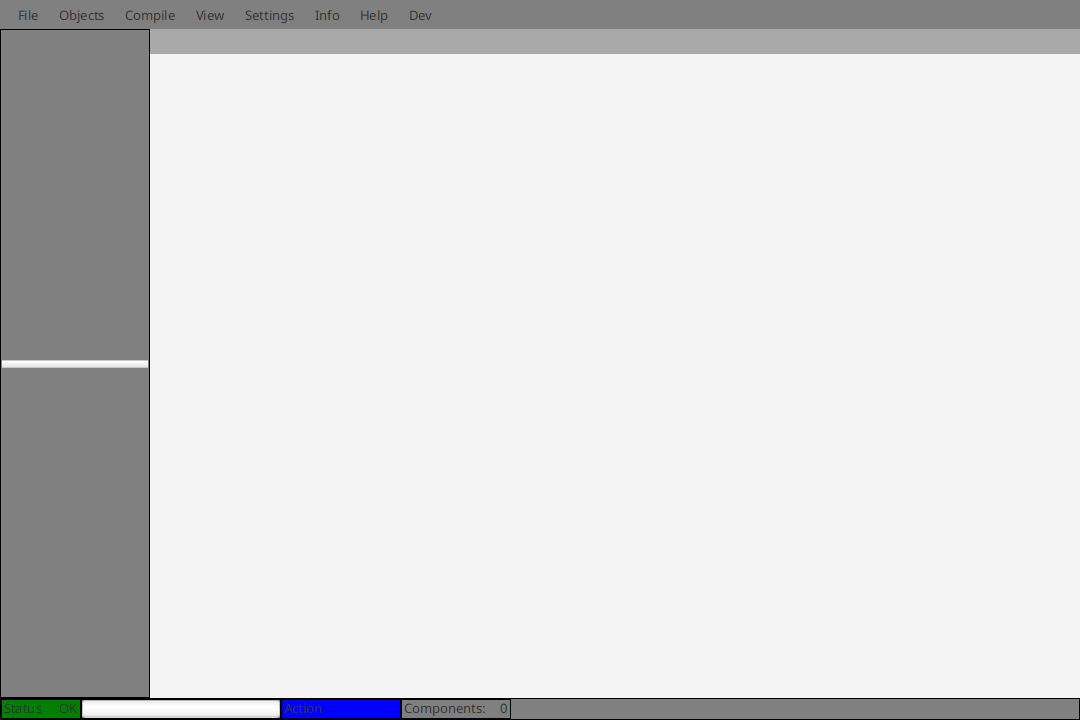
Repository: knoxaramav2/Sapa
Program's window: java nSketch/nSketch/src/system/Launcher.java
An editor plug-in stored every save of this project. The program's window is shown before and after the next save, followed by the edit.
It runs on Java 21 on a 1366 x 768 screen with JavaFX 11; the title bar is not drawn.

Above is the program's window before, as saved 2016-02-29 03:40:34.

### nSketch/nSketch/src/system/Launcher.java
package system;

import gui.Controller;
import gui.SubController;
import javafx.application.Application;
import javafx.event.ActionEvent;
import javafx.event.EventHandler;
import javafx.fxml.FXMLLoader;
import javafx.scene.Parent;
import javafx.scene.Scene;
import javafx.scene.control.Button;
import javafx.scene.layout.StackPane;
import javafx.stage.Stage;

public class Launcher extends Application{

	int defaultWidth = 1080;
	int defaultHeight = 720;

	public static void main(String[] args) {
		launch(args);
	}

	@Override
	public void start(Stage primaryStage) throws Exception {

		Controller CT = new Controller(new Settings(primaryStage), primaryStage);//primary controller
		FXMLLoader loader = new FXMLLoader(getClass().getResource("../gui/Layout.fxml"));//load primary FXML

		loader.setController(CT);

		loader.load();


		Scene scene = new Scene(loader.getRoot(),defaultWidth,defaultHeight);

		primaryStage.setScene(scene);
		primaryStage.show();
	}

}

### nSketch/nSketch/src/gui/Controller.java
package gui;

import java.awt.Desktop;
import java.io.File;
import java.io.FileInputStream;
import java.io.IOException;

import javafx.event.ActionEvent;
import javafx.fxml.FXML;
import javafx.fxml.FXMLLoader;
import javafx.scene.Parent;
import javafx.scene.Scene;
import javafx.scene.control.Button;
import javafx.scene.control.Label;
import javafx.scene.text.Text;
import javafx.stage.FileChooser;
import javafx.stage.FileChooser.ExtensionFilter;
import javafx.stage.Modality;
import javafx.stage.Stage;
import javafx.stage.StageStyle;
import system.Settings;

public class Controller {

	//Held References
	SubController sCT = null;

	Settings settings = null;
	Stage stage = null;

	@FXML Label statusLabel;
	@FXML Label actionLabel;

	public Controller(Settings st, Stage pStage)
	{
		System.out.println("Controller created");
		settings=st;

		//Load controls
		sCT = new SubController(st, pStage);
		stage=pStage;
	}


	@FXML private Text actionTarget;

	@FXML protected void actAbout(ActionEvent event)
	{
		System.out.println("About Pressed");

		try {
			FXMLLoader fxmlLoader = new FXMLLoader(getClass().getResource("About.fxml"));
			Parent root = (Parent) fxmlLoader.load();
			Stage stage = new Stage();
			stage.initModality(Modality.APPLICATION_MODAL);
			stage.setTitle("About");
			stage.setScene(new Scene(root));
			stage.show();

		} catch (IOException e) {
			// TODO Auto-generated catch block
			e.printStackTrace();
		}
	}

	@FXML protected void actExit(ActionEvent event)
	{
		System.exit(0);
	}

	@FXML protected void actProjectSettings(ActionEvent event)
	{
		System.out.println("Configure Project");

		if (!settings.isProjectActive())
			return;

		try {
			FXMLLoader prjLoader = new FXMLLoader(getClass().getResource("../gui/ProjectSettings.fxml"));//load project settings XML
			prjLoader.setController(sCT);
			Parent root = (Parent) prjLoader.load();
			sCT.LoadForm();
			Stage stage = new Stage();
			stage.initModality(Modality.APPLICATION_MODAL);
			stage.setTitle("Project Settings");
			stage.setScene(new Scene(root));
			stage.show();
		} catch (IOException e) {
			System.out.println("Failed to open configure dialog");
			e.printStackTrace();
		}
	}

	@FXML protected void actDev(ActionEvent event)
	{

		setStatus("Dev");

		try {
			FXMLLoader fxmlLoader = new FXMLLoader(getClass().getResource("Popup.fxml"));
			Parent root = (Parent) fxmlLoader.load();
			Stage stage = new Stage();
			stage.initModality(Modality.APPLICATION_MODAL);
			stage.setTitle("About");
			stage.setScene(new Scene(root));
			stage.show();

		} catch (IOException e) {
			// TODO Auto-generated catch block
			e.printStackTrace();
		}
	}

	@FXML protected void actNewProject(ActionEvent event)
	{
		System.out.println("New Project");

		//prompt for save or cancel
		if (settings.isProjectActive())
		{

		}

		try {
			FXMLLoader npWizard = new FXMLLoader(getClass().getResource("../gui/NewProject.fxml"));//new Project Wizard
			npWizard.setController(sCT);
			Parent root = (Parent) npWizard.load();
			sCT.LoadForm();
			Stage stage = new Stage();
			stage.initModality(Modality.APPLICATION_MODAL);
			stage.setTitle("Project Wizard");
			stage.setScene(new Scene(root));
			stage.show();

		} catch (IOException e) {
			// TODO Auto-generated catch block
			e.printStackTrace();
		}
	}

	@FXML protected void actLoadProject(ActionEvent event)
	{
		System.out.println("Load Project");

		FileChooser fc = new FileChooser();
		fc.setTitle("Open Project File");
		fc.setInitialDirectory(new File(settings.getProjectPath()));

		FileChooser.ExtensionFilter filter = new FileChooser.ExtensionFilter("nSketch Project (*.cns)", "*.cns");
		fc.getExtensionFilters().add(filter);

		File file = fc.showOpenDialog(stage);
		if (file!=null)
		{
			loadProjectFile(file);
		} else
			return;
	}

	@FXML protected void actSaveProject(ActionEvent event)
	{
		System.out.println("Save Project");
	}


	//Utility methods
	protected void loadProjectFile(File file)
	{

		System.out.println(file.getName());
	}

	public void setStatus(String msg)
	{
		statusLabel.setText(msg);
	}
}

### nSketch/nSketch/src/system/Settings.java
package system;

import java.util.ArrayList;

import javafx.stage.Stage;

class Version
{
	int MAJOR;
	int MINOR;
	int PATCH;

	public Version()
	{
		MAJOR=0;
		MINOR=0;
		PATCH=0;
	}

	@Override
	public
	String toString()
	{
		return new String(Integer.toString(MAJOR)+"."+Integer.toString(MINOR)+"."+Integer.toString(PATCH));
	}
}

/*
 * Stores all project information
 *
 */
public class Settings {

	//project information
	String projectName = null;
	String projectPath = null;
	Version version = null;
	Boolean activeProject = null;
	ArrayList <String> fileList = null;

	//Compiler Settings
	Boolean bitmode64;
	String interLang;

	//Biology Globals
	public Double ECSC;//extra cellular space concentration
	public Integer TDF;//time dilation factor

	//system references
	Stage primaryStage = null;

	//file tracking
	ArrayList <String> ProjectFiles = null;

	public Settings(Stage stg)
	{
		projectName = new String();
		projectPath = new String();
		version = new Version();
		activeProject=new Boolean(false);
		fileList = new ArrayList <String>();

		bitmode64 = new Boolean(true);
		interLang = new String("C");

		ECSC = new Double(0.0);
		TDF = new Integer(1);

		primaryStage = stg;

		setProjectName("untitled");
		setProjectPath("projects/");
	}

	public void setProjectName(String name)
	{
		projectName=name;

		projectPath=new String(projectPath+projectName);

		primaryStage.setTitle("nSketch    - "+name);

		System.out.println("Project name set to "+name);
	}

	public void setVersion(int M, int m, int p)
	{
		version.MAJOR=M;
		version.MINOR=m;
		version.PATCH=p;
	}

	public String getProjectName()
	{
		return projectName;
	}

	public Boolean isProjectActive()
	{
		return activeProject;
	}

	public String getProjectPath()
	{
		return projectPath;
	}

	public String getPath()
	{
		return new String(projectPath+projectName+"/");
	}

	public String getVersion()
	{
		return version.toString();
	}

	public String getInterLang()
	{
		return interLang;
	}

	public ArrayList<String> getFileList()
	{
		return fileList;
	}

	public Boolean is64bit()
	{
		return bitmode64;
	}

	public void setProjectPath(String path)
	{
		System.out.println("Settings path to "+path);
		projectPath=path;
	}

	public void setProjectActive(Boolean state)
	{
		activeProject=state;
	}

}

### nSketch/nSketch/src/gui/SubController.java
package gui;

import java.io.File;
import java.io.IOException;

import appFields.VersionField;
import fileIo.ProjectWriter;
import javafx.event.ActionEvent;
import javafx.fxml.FXML;
import javafx.scene.control.Button;
import javafx.scene.control.RadioButton;
import javafx.scene.control.TextField;
import javafx.scene.text.Text;
import javafx.stage.DirectoryChooser;
import javafx.stage.Stage;
import system.FileUtility;
import system.Settings;

public class SubController {

	//User mutable data
	Settings settings = null;
	Stage stage;

	@FXML private TextField prjSetName;
	@FXML private TextField prjPath;
	@FXML private VersionField prjVers;
	@FXML private Button prjSetCancel;
	@FXML private Button prjSetConfirm;
	@FXML private Button prjFileIO;
	@FXML private RadioButton rb1, rb2;

	public SubController(Settings st, Stage stg)
	{
		System.out.println("SubController created");

		settings=st;
		stage=stg;

		prjSetName = new TextField();
		prjPath = new TextField();
	}

	public void LoadForm()
	{
		prjSetName.setText(settings.getProjectName());
		prjPath.setText(settings.getProjectPath());
		rb1.setSelected(true);
		rb2.setSelected(false);
	}

	@FXML protected void actConfirmSettings(ActionEvent event)
	{
		System.out.println("Confirmed Settings");

		//load current information

		//copy data to settings
		settings.setProjectName(prjSetName.getText());

		System.out.println("--> "+prjSetName.getText());


		ProjectWriter.saveProject(settings);

		((Stage) prjSetConfirm.getScene().getWindow()).close();
	}

	@FXML protected void actCancelSettings(ActionEvent event)
	{
		System.out.println("Canceled Settings");

		((Stage) prjSetCancel.getScene().getWindow()).close();

	}

	@FXML protected void actConfirmNewProject(ActionEvent event)
	{
		System.out.println("Project Wizard Confirmation");

		//Validate controls
			//Verify output is unused
		System.out.println("Checking for path or file "+settings.getProjectPath()+prjSetName.getText());
		if (FileUtility.PathExists(settings.getProjectPath()+prjSetName.getText()))
		{
			//path exists
			System.out.println("Project already exists");
		}
		//Create new project files
		settings.setProjectName(prjSetName.getText());
		settings.setProjectPath(prjPath.getText());



		if (ProjectWriter.writeProjectFile(settings))
			settings.setProjectActive(true);
		else
			System.out.println("Project unable to be created");

		((Stage) prjSetConfirm.getScene().getWindow()).close();
	}

	@FXML protected void actCancelNewProject(ActionEvent event)
	{
		System.out.println("Canceled Settings");

		((Stage) prjSetCancel.getScene().getWindow()).close();
	}

	@FXML protected void actSelectPath(ActionEvent event)
	{
		System.out.println("Select Path");

		DirectoryChooser dc = new DirectoryChooser();

		dc.setTitle("Select Project Parent Directory");
		File pth = dc.showDialog(stage);

		if (pth!=null)
		{
			try {
				settings.setProjectPath(pth.getCanonicalPath());
				this.LoadForm();
			} catch (IOException e) {
				// TODO Auto-generated catch block
				e.printStackTrace();
			}
		}
	}
}

### nSketch/nSketch/src/gui/Layout.fxml
<?xml version="1.0" encoding="UTF-8"?>

<?import java.net.*?>
<?import javafx.geometry.*?>
<?import javafx.scene.control.*?>
<?import javafx.scene.layout.*?>
<?import javafx.scene.text.*?>
<?import javafx.scene.layout.VBox?>
<?import javafx.scene.control.SplitPane?>
<?import javafx.scene.layout.Pane?>

<BorderPane xmlns:fx="http://javafx.com/fxml"
	prefHeight="720" prefWidth="1080">

	<bottom>
		<GridPane fx:id="statusPane" prefHeight="20.0" BorderPane.alignment="CENTER"
			style="-fx-background-color:gray; -fx-border-color:black;  -fx-border-width:1; -fx-border-style:solid">
			<AnchorPane style="-fx-border-color:black; -fx-background-color:green" fx:id="statusPane"
				GridPane.columnIndex="0" GridPane.rowIndex="0"
				prefWidth="80">
				<Label text="Status " AnchorPane.leftAnchor="2"/>
				<Label text="OK" fx:id="statusLabel" AnchorPane.rightAnchor="2"/>
			</AnchorPane>
			<ProgressBar fx:id="loadBar" prefHeight="20.0" prefWidth="200" BorderPane.alignment="CENTER" progress="0"
				style="-fx-background-color:gray; -fx-border-color:black;  -fx-border-width:1; -fx-border-style:solid"
				GridPane.columnIndex="1" GridPane.rowIndex="0"/>
			<AnchorPane style="-fx-border-color:black; -fx-background-color:blue" fx:id="actionPane"
				GridPane.columnIndex="2" GridPane.rowIndex="0"
				prefWidth="120">
				<Label text="Action " AnchorPane.leftAnchor="2"/>
				<Label text="" fx:id="actionLabel" AnchorPane.rightAnchor="2"/>
			</AnchorPane>
			<AnchorPane style="-fx-border-color:black" fx:id="statsPane"
				GridPane.columnIndex="3" GridPane.rowIndex="0"
				prefWidth="110">
				<Label text="0" AnchorPane.rightAnchor="2"/>
				<Label text="Components:" fx:id="componentLabel" AnchorPane.leftAnchor="2"/>
			</AnchorPane>
		</GridPane>
	</bottom>
	<left>
		<SplitPane fx:id="lPane" orientation="VERTICAL" style="-fx-background-color:gray; -fx-border-color:black; -fx-border-width:1; -fx-border-style:solid"
			dividerPositions="0.5" maxHeight="-Infinity" maxWidth="-Infinity" prefHeight="1080" prefWidth="150">
			<items>
				<ScrollPane fx:id="hierarchyPane" style="-fx-background:gray">
					<content>
						<VBox alignment="center">
							<!-- Current Project Levels -->
						</VBox>
					</content>
				</ScrollPane>
				<ScrollPane fx:id="componentPane" style="-fx-background:gray">
					<content>
						<VBox alignment="center">
							<!-- Current Component templates -->
						</VBox>
					</content>
				</ScrollPane>
			</items>
		</SplitPane>
	</left>
	<top>
		<MenuBar fx:id="menuBar" style="-fx-background-color:gray">
	      <menus>
	         <Menu text="File">
	            <items>
	               <MenuItem text="New Project" onAction="#actNewProject"/>
	               <MenuItem text="Open Project" onAction="#actLoadProject"/>
	               <MenuItem text="Save Project" onAction="#actSaveProject"/>
	               		<SeparatorMenuItem />
	               <MenuItem text="New Diagram"/>
	               <MenuItem text="Open Diagram"/>
	               <MenuItem text="Import Diagram"/>
	               <MenuItem text="Save Diagram"/>
	               <MenuItem text="Save Diagram As"/>
	               		<SeparatorMenuItem  />
	               <MenuItem text="Exit" onAction="#actExit"/>
	            </items>
	         </Menu>
	         <Menu text="Objects">
	            <items>
	               <MenuItem text="View Objects"/>
	               		<SeparatorMenuItem />
	               <MenuItem text="Define New"/>
	            </items>
	         </Menu>
	         <Menu text="Compile">
	            <items>
	               <MenuItem text="Export Connectome"/>
	               <MenuItem text="Compile to Runnable"/>
	            </items>
	         </Menu>
	         <Menu text="View">
	            <items>
	               <MenuItem text="View Settings"/>
	            </items>
	         </Menu>
	         <Menu text="Settings">
	            <items>
	               <MenuItem text="Configure Project" onAction="#actProjectSettings"/>
	               <MenuItem text="Compilation Settings"/>
	               <MenuItem text="Project Settings"/>
	            </items>
	         </Menu>
	         <Menu text="Info">
	            <items>
	               <MenuItem text="Statistics"/>
	            </items>
	         </Menu>
	         <Menu text="Help">
	            <items>
	               <MenuItem text="About" onAction="#actAbout"/>
	            </items>
	         </Menu>
	         <Menu text="Dev">
	            <items>
	               <MenuItem text="Test Feature" onAction="#actDev"/>
	            </items>
	         </Menu>
	      </menus>
	   </MenuBar>
	  </top>
	<center>
		<VBox spacing="10.0">
			<children>
				<TabPane style="-fx-background-color:darkgray" minHeight="25">

				</TabPane>
				<Pane style="-fx-background-color:black">

				</Pane>
			</children>
		</VBox>
	</center>

</BorderPane>

After the next save:
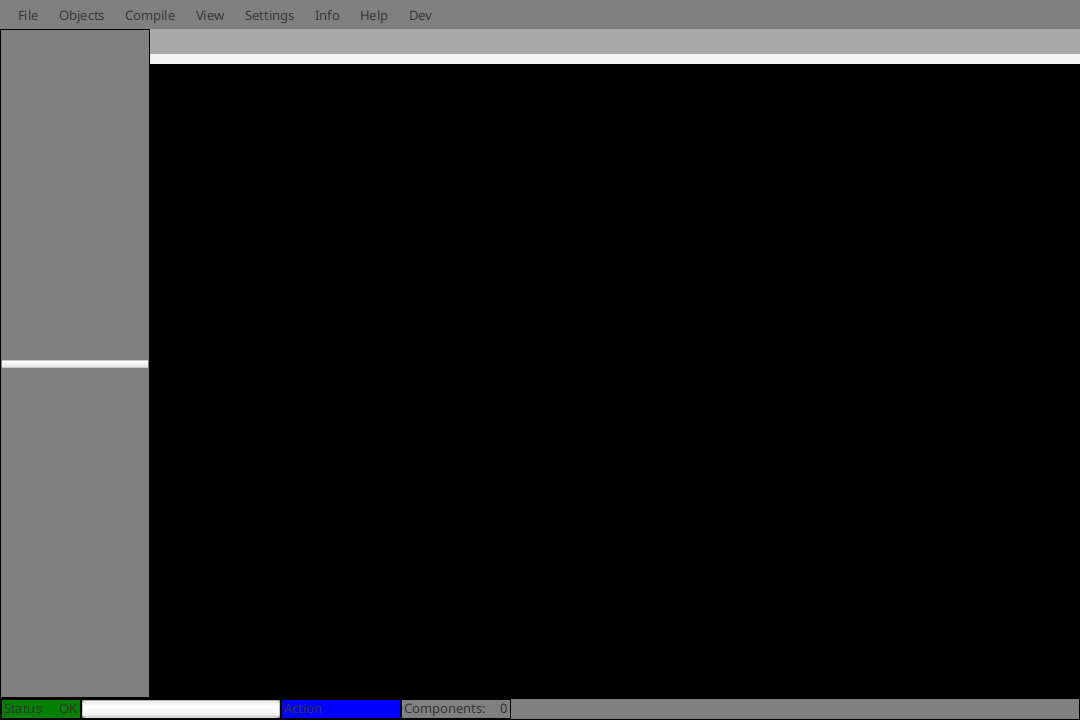
Saved 21 s later.
--- a/nSketch/nSketch/src/gui/Layout.fxml
+++ b/nSketch/nSketch/src/gui/Layout.fxml
@@ -126,7 +126,7 @@
 				<TabPane style="-fx-background-color:darkgray" minHeight="25">
 
 				</TabPane>
-				<Pane style="-fx-background-color:black">
+				<Pane style="-fx-background-color:black" prefHeight="720">
 
 				</Pane>
 			</children>
